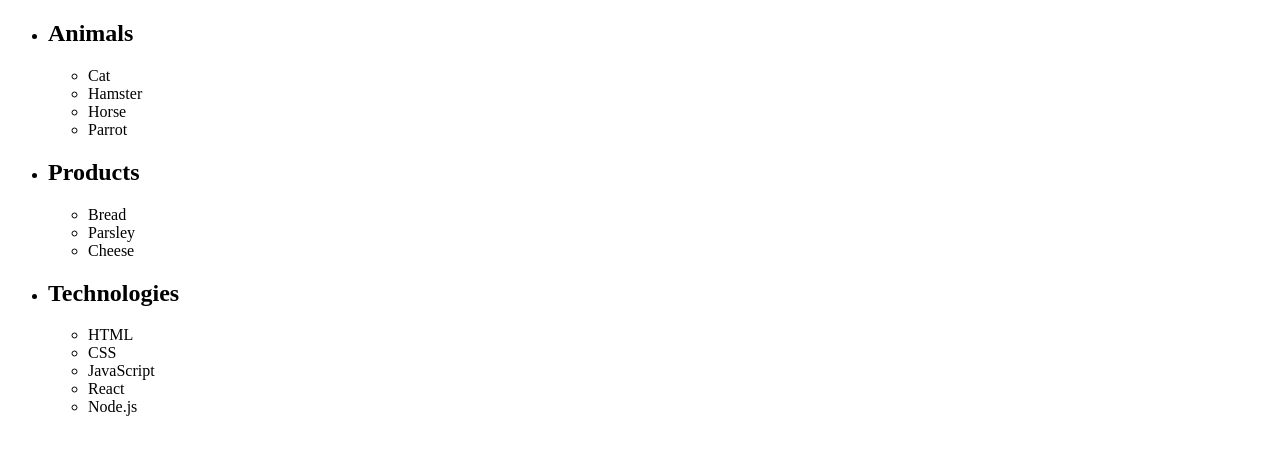
Repository: SvitSh/goit-js-hw-07
Page: index.html
These files come from the project's save history. The page is drawn as it stood at one moment and after the next save; the edit follows.
The browser window is 1280 px wide. The pictures show the whole page.

Above is the page before, as saved 2025-05-10 13:53:46.

After the next save:
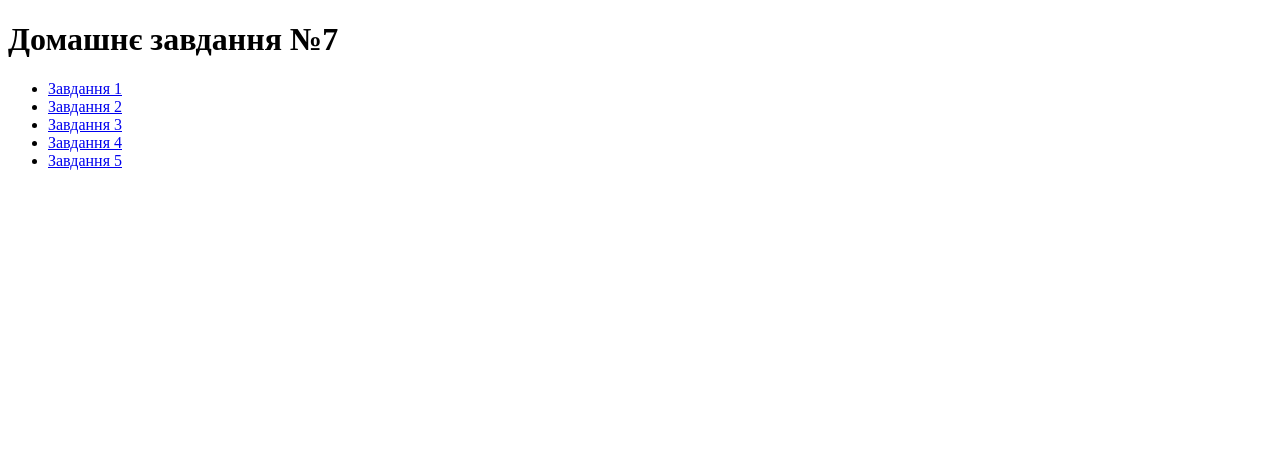
Saved 3 days later.
--- a/index.html
+++ b/index.html
@@ -3,37 +3,16 @@
   <head>
     <meta charset="UTF-8" />
     <meta name="viewport" content="width=device-width, initial-scale=1.0" />
-    <title>Document</title>
+    <title>Homework 7</title>
   </head>
   <body>
-    <ul id="categories">
-      <li class="item">
-        <h2>Animals</h2>
-        <ul>
-          <li>Cat</li>
-          <li>Hamster</li>
-          <li>Horse</li>
-          <li>Parrot</li>
-        </ul>
-      </li>
-      <li class="item">
-        <h2>Products</h2>
-        <ul>
-          <li>Bread</li>
-          <li>Parsley</li>
-          <li>Cheese</li>
-        </ul>
-      </li>
-      <li class="item">
-        <h2>Technologies</h2>
-        <ul>
-          <li>HTML</li>
-          <li>CSS</li>
-          <li>JavaScript</li>
-          <li>React</li>
-          <li>Node.js</li>
-        </ul>
-      </li>
+    <h1>Домашнє завдання №7</h1>
+    <ul>
+      <li><a href="./task-1.html">Завдання 1</a></li>
+      <li><a href="./task-2.html">Завдання 2</a></li>
+      <li><a href="./task-3.html">Завдання 3</a></li>
+      <li><a href="./task-4.html">Завдання 4</a></li>
+      <li><a href="./task-5.html">Завдання 5</a></li>
     </ul>
   </body>
 </html>
